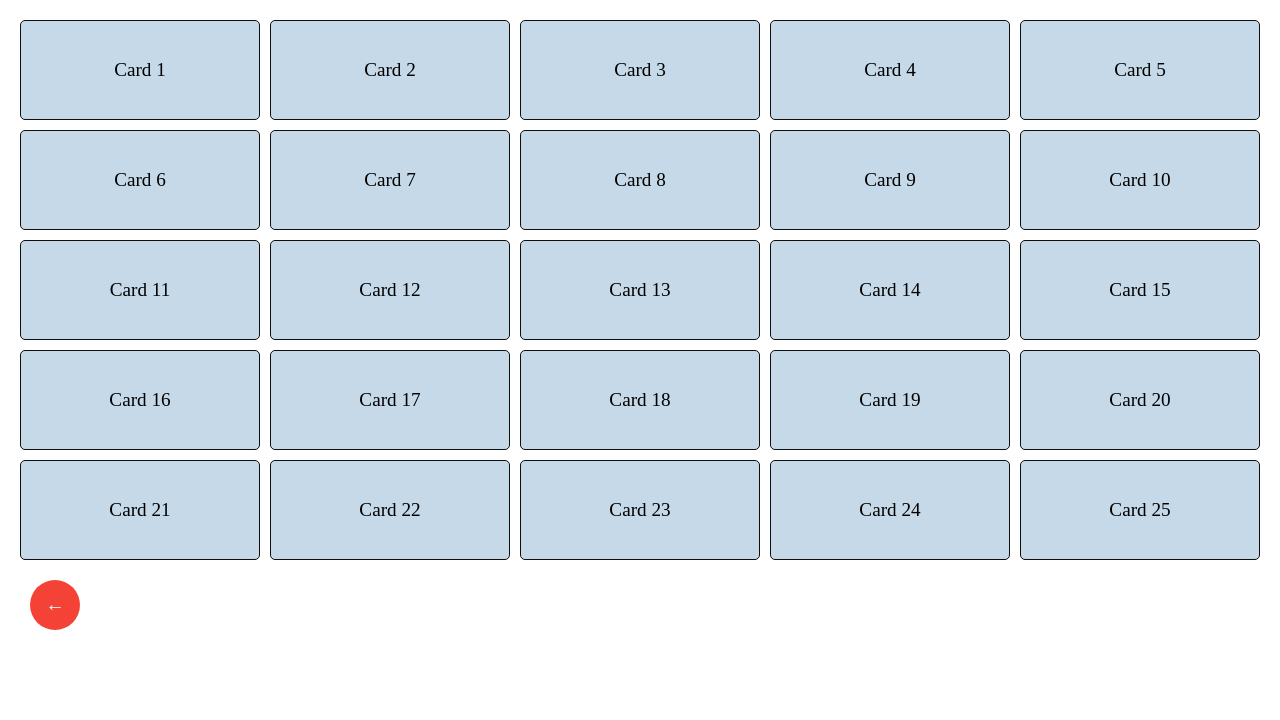
Repository: parnelltse/frontend2-courseproject
Page: /singlegame
An editor plug-in stored every save of this project. The page is shown before and after the next save, followed by the edit.
The browser window is 1280 px wide. The pictures show the whole page.
The project was rebuilt for these pictures with package versions that can differ from the ones it lists, and the page was loaded fresh each time. Also part of the build but not shown: vite.config.js, src/pages/landing.jsx, src/pages/home.jsx, src/pages/gameoptions.jsx, src/pages/appsettings.jsx, src/pages/profilesettings.jsx, src/pages/gamehistory.jsx, src/pages/singleplayer.jsx and 4 more.

Above is the page before, as saved 2024-11-16 01:28:52.

### src/App.jsx
import React, { useState } from 'react';
import { BrowserRouter as Router, Routes, Route } from 'react-router-dom';
import { Landing } from './pages/landing';
import Home from './pages/home';
import Gameoptions from './pages/gameoptions';
import AppSettings from './pages/appsettings';
import ProfileSettings from './pages/profilesettings';
import GameHistory from './pages/gamehistory'; // Import GameHistory
import SinglePlayer from './pages/singleplayer';
import MultiPlayer from './pages/multiplayer';
import ResumeGame from './pages/resumegame';
import SingleGame from './pages/singlegame';
import MultiGame from './pages/multigame';

function App() {
  const [scores, setScores] = useState([
    { date: '2024-10-19', score: 85, gameMode: 'Single Player' },
    { date: '2024-10-18', score: 90, gameMode: 'Multiplayer' },
    { date: '2024-10-17', score: 75, gameMode: 'Single Player' },
  ]);

  return (
    <Router>
      <Routes>
        <Route path="/" element={<Landing />} />
        <Route path="/home" element={<Home />} />
        <Route path="/gameoptions" element={<Gameoptions />} />
        <Route path="/appsettings" element={<AppSettings />} />
        <Route path="/profilesettings" element={<ProfileSettings />} />
        <Route path="/gamehistory" element={<GameHistory scores={scores} />} /> {/* Pass scores as prop */}
        <Route path="/singleplayer" element={<SinglePlayer />} />
        <Route path="/multiplayer" element={<MultiPlayer />} />
        <Route path="/resumegame" element={<ResumeGame />} />
        <Route path="/singlegame" element={<SingleGame />} />
        <Route path="/multigame" element={<MultiGame />} />
      </Routes>
    </Router>
  );
}

export default App;

### src/pages/singlegame.jsx
import React from "react";
import BackButton from "../components/BackButton";
import "../App.css";

export default function SingleGame() {
	return (
		<div className="game-grid">
			{Array.from({ length: 25 }).map((_, index) => (
				<div className="game-item" key={index}>
					Card {index + 1}
				</div>
			))}
			<BackButton />
		</div>
	);
}

### src/App.css
/* General Reset */
* {
	margin: 0;
	padding: 0;
	box-sizing: border-box;
}

/* Home page */
.container {
	align-items: center; /* Center the items horizontally */
	justify-content: center; /* Center the items vertically */
	min-height: 100vh; /* Full viewport height */
	background-color: #e3f2fd; /* Light blue background color */
	padding: 20px; /* Padding around content */
	padding-top: 15vh;
}

header {
	text-align: center;
	margin-bottom: 40px; /* Space below header */
	margin: auto;
}

button {
	background-color: #1e88e5; /* Button background color */
	color: white; /* White text color */
	border: none; /* Remove border */
	border-radius: 5px; /* Rounded corners */
	padding: 10px; /* Padding for buttons */
	cursor: pointer; /* Pointer cursor */
	transition: background-color 0.3s; /* Smooth background transition */
	width: 200px; /* Fixed width for all buttons */
	height: 50px; /* Fixed height for all buttons */
	font-size: 1rem; /* Font size for button text */
	margin: 10px; /* Space between buttons */
}

button:hover {
	background-color: #1565c0; /* Darker button color on hover */
}

.button-container {
	display: flex; /* Use flexbox for button alignment */
	flex-direction: column; /* Stack buttons vertically */
	align-items: center; /* Center buttons horizontally */
}

.title {
	font-size: 2.5rem; /* Title font size */
	text-align: center; /* Center the title text */
	margin-bottom: 20px; /* Space below title */
}

.profile-button {
	background-color: #6200ea; /* Primary color */
	color: white; /* White text */
	border: none; /* Remove border */
	border-radius: 5px; /* Rounded corners */
	padding: 10px 20px; /* Button padding */
	font-size: 24px; /* Font size */
	cursor: pointer; /* Pointer cursor on hover */
	transition: background-color 0.3s; /* Smooth background transition */
	width: 200px; /* Ensure the width matches other buttons */
	height: 50px; /* Ensure the height matches other buttons */
	margin-top: 100px;
}

.profile-button:hover {
	background-color: #3700b3; /* Darker shade on hover */
}

.button-container {
	display: flex;
	gap: 20px; /* Space between buttons */
}

.play-button,
.settings-button {
	background-color: #03dac6; /* Secondary color */
	border: none;
	border-radius: 5px;
	padding: 15px 25px; /* Button padding */
	font-size: 1.5rem; /* Font size */
	cursor: pointer; /* Pointer cursor on hover */
	transition: background-color 0.3s; /* Smooth background transition */
	align-items: center;
	text-align: center;
}

.play-button {
	color: rgb(74, 96, 86); /* darker text */
}

.settings-button {
	color: white; /* white text */
}

.play-button:hover {
	background-color: #018786; /* Darker shade on hover */
	color: white; /* white text */

}

.settings-button {
	background-color: #ff5722; /* Different color for settings */
}

.settings-button:hover {
	background-color: #c41c00; /* Darker shade on hover */
}

/* Typography */
h1 {
	font-size: 2.5rem;
	text-align: center;
	margin-bottom: 20px;
}

h2 {
	font-size: 1.75rem;
	text-align: center;
	margin-bottom: 15px;
}

/* Button Styles */
button {
	background-color: #6200ea;
	color: white;
	padding: 10px 20px;
	border: none;
	border-radius: 5px;
	cursor: pointer;
	margin: 10px;
	transition: background-color 0.3s ease;
}

button:hover {
	background-color: #3700b3;
}

/* Form Input Styles */
input[type="text"],
input[type="password"],
input[type="number"] {
	width: 100%;
	padding: 10px;
	margin: 10px 0;
	box-sizing: border-box;
	border: 2px solid #ccc;
	border-radius: 4px;
}

form {
	max-width: 400px;
	margin: 20px auto;
	display: flex;
	flex-direction: column;
}

/* Back Button */
button.back-btn {
	background-color: #f44336;
	color: white;
	border-radius: 50%;
	width: 50px;
	height: 50px;
	display: flex;
	justify-content: center;
	align-items: center;
	font-size: 1.2rem;
}

button.back-btn:hover {
	background-color: #e53935;
}

/* App Settings */
.app-settings {
	display: flex;
	flex-direction: column;
	justify-content: center;
	align-items: center;
	padding: 20px;
	text-align: center;
	min-height: 100vh;
	padding-top: 20vh;
}

.setting-bottons {
	display: flex;
	justify-content: center;
	flex-direction: column;
	margin: auto;
	align-items: center;
}

.theme-toggle {
	background-color: #333;
	color: white;
	padding: 10px;
	border-radius: 5px;
	cursor: pointer;
}

.theme-toggle:hover {
	background-color: #555;
}

/* Game Options */
.game-options {
	display: flex;
	flex-direction: column;
	align-items: center;
	margin: 20px;
}

button.grid-size {
	background-color: #2196f3;
	margin: 5px;
}

button.grid-size:hover {
	background-color: #1976d2;
}

/* single and multiplayer pages */
img {
	max-width: 100%;
	height: auto;
	display: block;
	margin: 0 auto;
}

.game-grid {
	display: grid;
	grid-template-columns: repeat(5, 1fr); /* 5 columns for a 5x5 grid */
	gap: 10px; /* Space between grid items */
	padding: 20px; /* Optional padding around the grid */
}

.game-item {
	background-color: #c5d9e8; /* Background color for game items */
	border: 1px solid #100f0f; /* Border for each game item */
	border-radius: 5px; /* Rounded corners */
	display: flex; /* Center content */
	align-items: center; /* Center content vertically */
	justify-content: center; /* Center content horizontally */
	height: 100px; /* Fixed height for game items */
	font-size: 1.2em; /* Font size for game item text */
}

/* history page */

.history-container {
	display: flex;
	flex-direction: column;
	align-items: center;
	justify-content: center;
	min-height: 100vh; /* Full viewport height */
	background-color: #f9f9f9; /* Light background color */
	padding: 20px; /* Padding around content */
}

.history-title {
	font-size: 2.5rem; /* Title font size */
	color: #333; /* Darker text color */
	margin-bottom: 10px; /* Space below title */
}

.history-description {
	font-size: 1.2rem; /* Description font size */
	color: #666; /* Slightly lighter text color */
	text-align: center; /* Center-align description */
	margin-bottom: 30px; /* Space below description */
}

.score-table {
	width: 100%;
	max-width: 600px; /* Max width for the table */
	margin: 0 auto; /* Center the table */
	background-color: white; /* White background for the table */
	border-radius: 8px; /* Rounded corners */
	box-shadow: 0 4px 8px rgba(0, 0, 0, 0.1); /* Subtle shadow */
	overflow: hidden; /* Ensure rounded corners apply */
}

table {
	width: 100%; /* Full width of the table */
	border-collapse: collapse; /* Remove space between table cells */
}

th,
td {
	padding: 15px; /* Cell padding */
	text-align: left; /* Align text to the left */
	border-bottom: 1px solid #e0e0e0; /* Bottom border for rows */
}

th {
	background-color: #6200ea; /* Header background color */
	color: white; /* White text for header */
}

tr:hover {
	background-color: #f1f1f1; /* Highlight row on hover */
}

.back-button {
	margin-top: 20px; /* Space above the back button */
}

/* profile settings page*/

.profile-settings-container {
	display: flex;
	flex-direction: column;
	align-items: center;
	justify-content: center;
	min-height: 100vh; /* Full viewport height */
	background-color: #f9f9f9; /* Light background color */
	padding: 20px; /* Padding around content */
}

.profile-settings-title {
	font-size: 2.5rem; /* Title font size */
	color: #333; /* Darker text color */
	margin-bottom: 20px; /* Space below title */
}

.submitted-username {
	font-size: 1.5rem; /* Font size for submitted username */
	color: #6200ea; /* Color for submitted username */
	margin-bottom: 20px; /* Space below username display */
}

.profile-settings-form {
	display: flex;
	flex-direction: column;
	align-items: center; /* Center align the form elements */
	margin-bottom: 20px; /* Space below the form */
}

.username-input {
	padding: 10px; /* Padding for input */
	font-size: 1rem; /* Font size for input */
	border: 1px solid #ccc; /* Border for input */
	border-radius: 4px; /* Rounded corners */
	margin-bottom: 10px; /* Space below input */
	width: 100%; /* Full width */
	max-width: 300px; /* Max width for input */
}

.save-button {
	padding: 10px 20px; /* Padding for button */
	background-color: #6200ea; /* Button background color */
	color: white; /* Button text color */
	border: none; /* Remove border */
	border-radius: 4px; /* Rounded corners */
	cursor: pointer; /* Pointer cursor on hover */
	font-size: 1rem; /* Font size for button */
}

.save-button:hover {
	background-color: #3700b3; /* Darker button color on hover */
}

.navigation-buttons {
	display: flex;
	gap: 10px; /* Space between navigation buttons */
}

.scores-button {
	padding: 10px 20px; /* Padding for button */
	background-color: #03dac6; /* Button background color */
	color: white; /* Button text color */
	border: none; /* Remove border */
	border-radius: 4px; /* Rounded corners */
	cursor: pointer; /* Pointer cursor on hover */
	font-size: 1rem; /* Font size for button */
}

.scores-button:hover {
	background-color: #018786; /* Darker button color on hover */
}

/* game options page */

.game-options-container {
	display: flex;
	flex-direction: column;
	align-items: center;
	justify-content: center;
	min-height: 100vh; /* Full viewport height */
	background-color: #f0f4f8; /* Light background color */
	padding: 20px; /* Padding around content */
}

.game-options-title {
	font-size: 2.5rem; /* Title font size */
	color: #333; /* Darker text color */
	margin-bottom: 40px; /* Space below title */
}

.game-options-buttons {
	display: flex;
	flex-direction: column; /* Arrange buttons vertically */
	gap: 15px; /* Space between buttons */
}

.game-option-button {
	padding: 15px 30px; /* Padding for buttons */
	font-size: 1.2rem; /* Font size for buttons */
	background-color: #6200ea; /* Button background color */
	color: white; /* Button text color */
	border: none; /* Remove border */
	border-radius: 5px; /* Rounded corners */
	cursor: pointer; /* Pointer cursor on hover */
	transition: background-color 0.3s; /* Smooth background transition */
	width: 100%; /* Full width */
	max-width: 300px; /* Max width for buttons */
}

.game-option-button:hover {
	background-color: #3700b3; /* Darker button color on hover */
}

/* create account page */

.create-container {
	display: flex;
	flex-direction: column;
	align-items: center;
	justify-content: center;
	min-height: 100vh; /* Full viewport height */
	background-color: #f0f4f8; /* Light background color */
	padding: 20px; /* Padding around content */
}

.create-header {
	text-align: center; /* Center header text */
	margin-bottom: 40px; /* Space below header */
}

.create-header h1 {
	font-size: 2.5rem; /* Title font size */
	color: #000000; /* Primary color for title */
}

.create-header h2 {
	font-size: 1.5rem; /* Subtitle font size */
	color: #333; /* Darker color for subtitle */
	margin-top: 10px; /* Space above subtitle */
}

.create-container > * {
	margin: 10px 0; /* Space between elements */
}

.back-button {
	margin-top: 20px; /* Space above back button */
	background-color: #6200ea; /* Match primary color */
	color: white; /* White text color */
	border: none; /* Remove border */
	border-radius: 5px; /* Rounded corners */
	padding: 10px 20px; /* Padding for button */
	cursor: pointer; /* Pointer cursor */
	transition: background-color 0.3s; /* Smooth background transition */
}

.back-button:hover {
	background-color: #3700b3; /* Darker button color on hover */
}

/* login page */
.login-container {
	align-items: flex-start;
	justify-content: center;
	min-height: 100vh; /* Full viewport height */
	background-color: #ede3fd; /* Light blue background color */
	padding-top: 20vh;
}

.login-header {
	text-align: center; /* Center header text */
	margin-bottom: 40px; /* Space below header */
}

.login-header h1 {
	font-size: 2.5rem; /* Title font size */
	color: #3700b3; /* Primary color for title */
}

.login-header h2 {
	font-size: 1.5rem; /* Subtitle font size */
	color: #424242; /* Darker color for subtitle */
	margin-top: 10px; /* Space above subtitle */
}

.account-form {
	width: 100%; /* Full width for the form */
	max-width: 400px; /* Maximum width for the form */
	background-color: white; /* White background for form */
	border-radius: 8px; /* Rounded corners */
	box-shadow: 0 2px 10px rgba(0, 0, 0, 0.1); /* Subtle shadow */
	padding: 20px; /* Padding inside the form */
}

button {
	background-color: #6200ea; /* Match primary color */
	color: white; /* White text color */
	border: none; /* Remove border */
	border-radius: 5px; /* Rounded corners */
	padding: 10px 20px; /* Padding for button */
	cursor: pointer; /* Pointer cursor */
	transition: background-color 0.3s; /* Smooth background transition */
}

button:hover {
	background-color: #3700b3; /* Darker button color on hover */
}

.account-form input {
	margin: 10px 0; /* Space between inputs */
	padding: 10px; /* Padding for inputs */
	border: 1px solid #ccc; /* Light border for inputs */
	border-radius: 5px; /* Rounded corners for inputs */
	width: 100%; /* Full width for inputs */
}

### src/components/BackButton.jsx
import React from "react";
import { useNavigate } from "react-router-dom";

export default function BackButton() {
	const navigate = useNavigate();

	return (
		<button className="back-btn" onClick={() => navigate(-1)}>
			&#x2190;
		</button>
	);
}

Loaded but not shown: index.html (common file); src/main.jsx (common file)

After the next save:
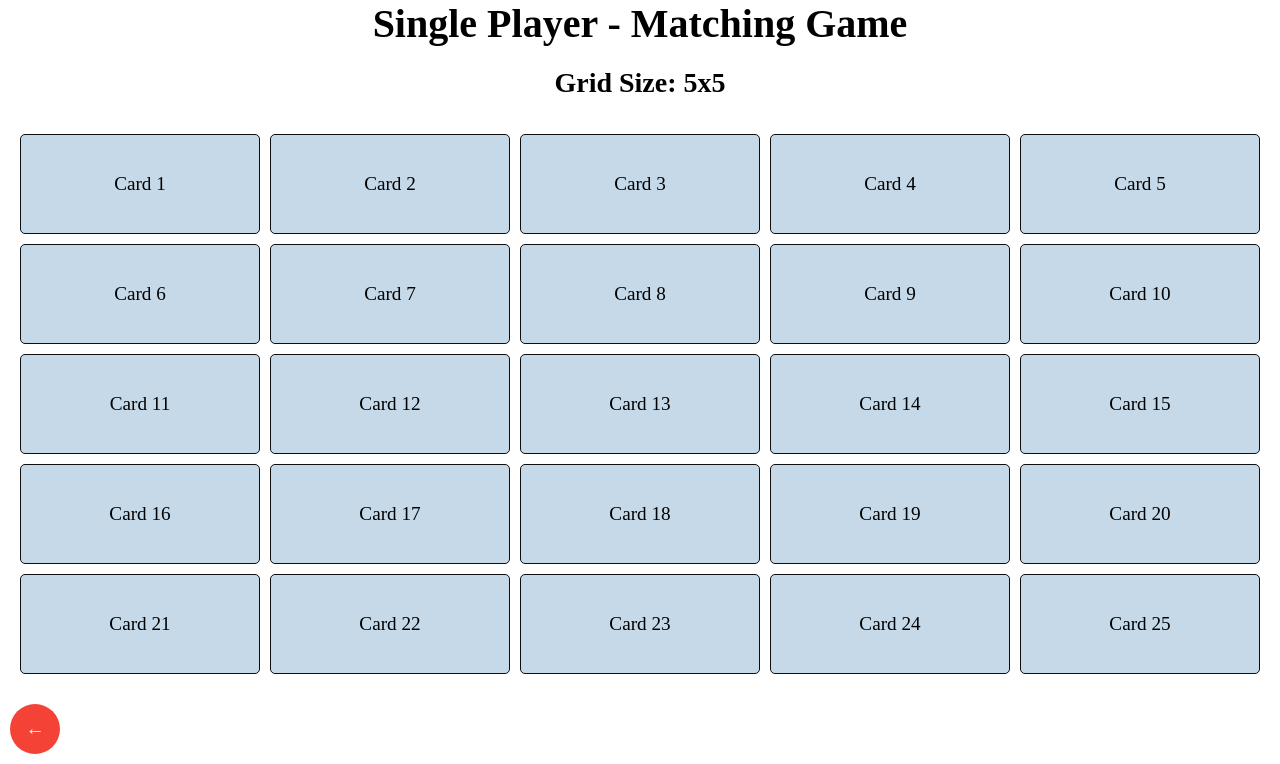
Saved 2 min 9 s later.
--- a/src/pages/singlegame.jsx
+++ b/src/pages/singlegame.jsx
@@ -1,15 +1,34 @@
 import React from "react";
+import { useLocation } from "react-router-dom";
 import BackButton from "../components/BackButton";
 import "../App.css";
 
 export default function SingleGame() {
+	const location = useLocation();
+	const { gridSize } = location.state || { gridSize: 5 }; // Default to 5x5
+
+	// Total cards = gridSize * gridSize
+	const totalCards = gridSize * gridSize;
+
 	return (
-		<div className="game-grid">
-			{Array.from({ length: 25 }).map((_, index) => (
-				<div className="game-item" key={index}>
-					Card {index + 1}
-				</div>
-			))}
+		<div className="single-game-container">
+			<h1>Single Player - Matching Game</h1>
+			<h2>Grid Size: {gridSize}x{gridSize}</h2>
+
+			<div
+				className="game-grid"
+				style={{
+					gridTemplateColumns: `repeat(${gridSize}, 1fr)`,
+					gridTemplateRows: `repeat(${gridSize}, 1fr)`,
+				}}
+			>
+				{Array.from({ length: totalCards }).map((_, index) => (
+					<div className="game-item" key={index}>
+						Card {index + 1}
+					</div>
+				))}
+			</div>
+
 			<BackButton />
 		</div>
 	);
